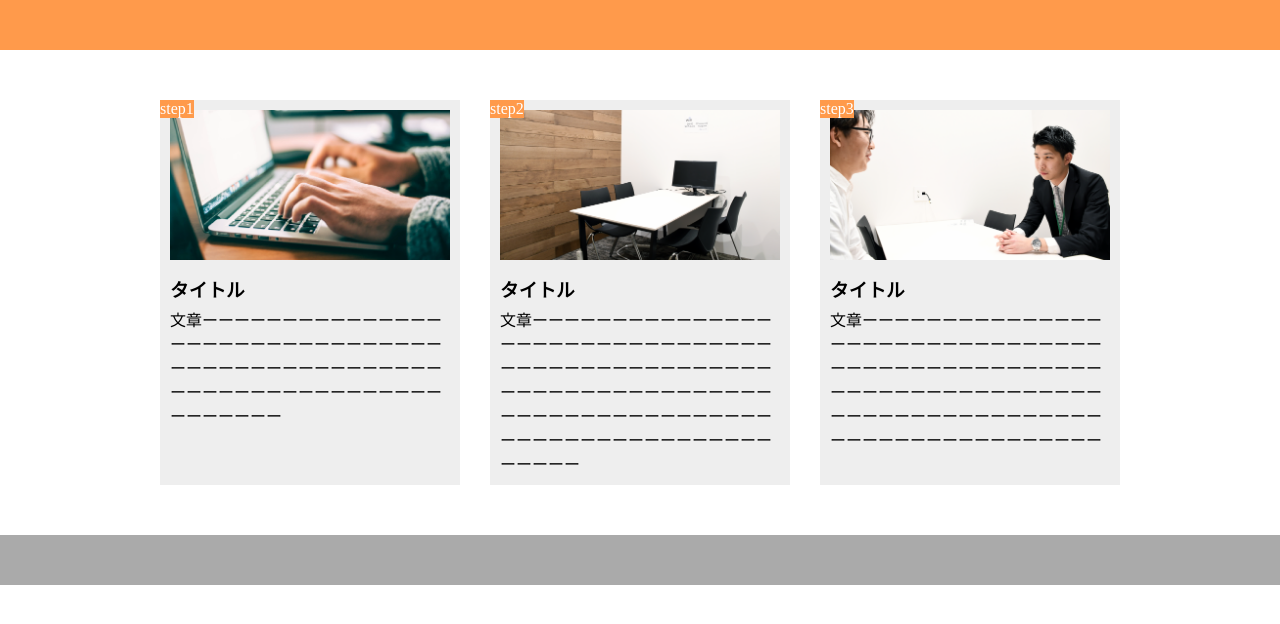
Repository: yuu3176/theme1
Page: 1-9-2/1-9-2.html
The author's editor kept a record of every edit. The page is drawn from the files as they stood at one moment, then again after the next edit.
The browser window is 1280 px wide. The pictures show the whole page.

Above is the page before.

After the next edit:
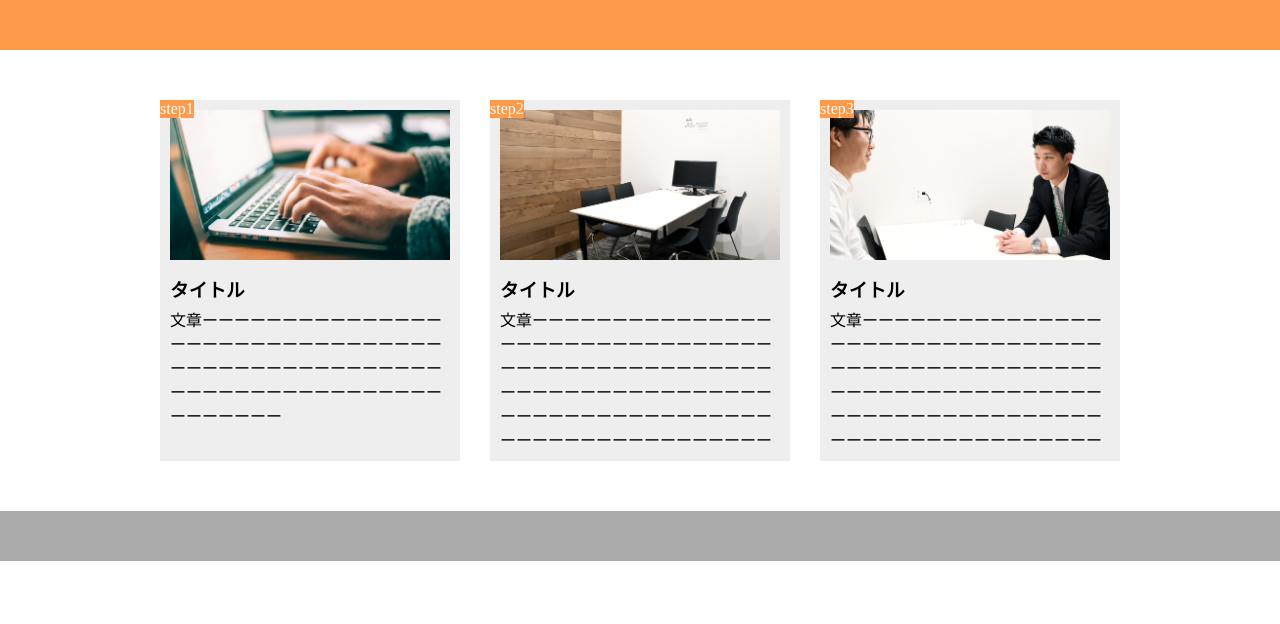
The edit:
--- a/1-9-2/1-9-2.html
+++ b/1-9-2/1-9-2.html
@@ -27,7 +27,7 @@
         <section class="box-text">
           <h3>タイトル</h3>
         </section>
-          <p>文章ーーーーーーーーーーーーーーーーーーーーーーーーーーーーーーーーーーーーーーーーーーーーーーーーーーーーーーーーーーーーーーーーーーーーーーーーーーーーーーーーーーーーーーーーーーーーーーーーーーーーーーーーー</p>
+          <p>文章ーーーーーーーーーーーーーーーーーーーーーーーーーーーーーーーーーーーーーーーーーーーーーーーーーーーーーーーーーーーーーーーーーーーーーーーーーーーーーーーーーーーーーーーーーーーーーーーーーーーー</p>
       </div>
       <div class="box">
         <div class="box-step">
